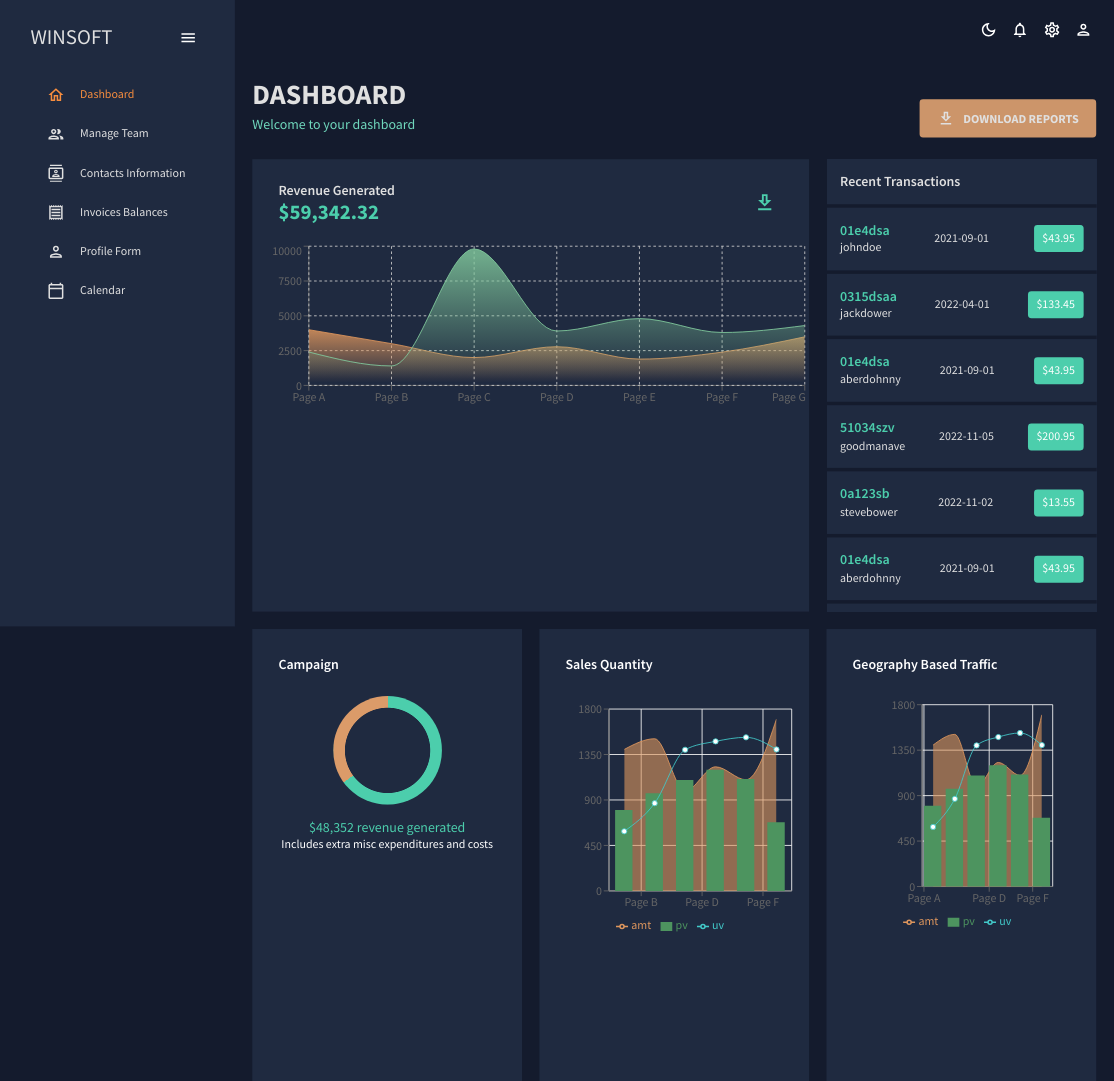
Repository: thamaraiselvan315731/winssoft
Page: /
The author's editor kept a copy of each file at every save. The page is drawn from the files as they stood at one save, then again after the next save.
The browser window is 1280 px wide. The pictures show the whole page, at 87% of full size.
The project was rebuilt for these pictures with package versions that can differ from the ones it lists, and the page was loaded fresh each time. Also part of the build but not shown: src/pages/team/index.jsx, src/pages/invoices/index.jsx, src/pages/contacts/index.jsx, src/pages/form/index.jsx, src/components/LineChart.jsx, src/data/mockGeoFeatures.js, src/components/GeographyChart.jsx, src/components/BarChart.jsx and 3 more.

Above is the page before, as saved 2022-12-01 12:14:58.

### src/App.js
import { useState } from "react";
import { Routes, Route } from "react-router-dom";
import Topbar from "./pages/global/Topbar";
import Sidebar from "./pages/global/Sidebar";
import Team from "./pages/team";
import Invoices from "./pages/invoices";
import Contacts from "./pages/contacts";
import Form from "./pages/form";
// import Bar from "./pages/bar";
// import Line from "./pages/line";
// import Pie from "./pages/pie";
// import Geography from "./pages/geography";
import Dashboard from "./pages/dashboard";
import FAQ from "./pages/faq";
import { CssBaseline, ThemeProvider } from "@mui/material";
import { ColorModeContext, useMode } from "./theme";
import Calendar from "./pages/calendar/calendar";

function App() {
  const [theme, colorMode] = useMode();
  const [isSidebar, setIsSidebar] = useState(true);

  return (
    <ColorModeContext.Provider value={colorMode}>
      <ThemeProvider theme={theme}>
        <CssBaseline />
        <div className="app">
          <Sidebar isSidebar={isSidebar} />
          <main className="content">
            <Topbar setIsSidebar={setIsSidebar} />
            <Routes>
              <Route path="/" element={<Dashboard />} />
              <Route path="/team" element={<Team />} />
              <Route path="/contacts" element={<Contacts />} />
              <Route path="/invoices" element={<Invoices />} />
              <Route path="/form" element={<Form />} />
              {/* <Route path="/bar" element={<Bar />} />
              <Route path="/pie" element={<Pie />} />
              <Route path="/line" element={<Line />} /> */}
              <Route path="/faq" element={<FAQ />} />
              <Route path="/calendar" element={<Calendar />} />
              {/* <Route path="/geography" element={<Geography />} /> */}
            </Routes>
          </main>
        </div>
      </ThemeProvider>
    </ColorModeContext.Provider>
  );
}

export default App;

### src/pages/global/Topbar.jsx
import { Box, IconButton, useTheme } from "@mui/material";
import { useContext } from "react";
import { ColorModeContext, tokens } from "../../theme";
import InputBase from "@mui/material/InputBase";
import LightModeOutlinedIcon from "@mui/icons-material/LightModeOutlined";
import DarkModeOutlinedIcon from "@mui/icons-material/DarkModeOutlined";
import NotificationsOutlinedIcon from "@mui/icons-material/NotificationsOutlined";
import SettingsOutlinedIcon from "@mui/icons-material/SettingsOutlined";
import PersonOutlinedIcon from "@mui/icons-material/PersonOutlined";
import SearchIcon from "@mui/icons-material/Search";

const Topbar = () => {
  const theme = useTheme();
  const colors = tokens(theme.palette.mode);
  const colorMode = useContext(ColorModeContext);

  return (
    <Box display="flex" justifyContent="flex-end" p={2}>
      {/* SEARCH BAR */}
      {/* <Box
        display="flex"
        backgroundColor={colors.primary[400]}
        borderRadius="3px"
      >
        <InputBase sx={{ ml: 2, flex: 1 }} placeholder="Search" />
        <IconButton type="button" sx={{ p: 1 }}>
          <SearchIcon />
        </IconButton>
      </Box> */}

      {/* ICONS */}
      <Box display="flex">
        <IconButton onClick={colorMode.toggleColorMode}>
          {theme.palette.mode === "dark" ? (
            <DarkModeOutlinedIcon />
          ) : (
            <LightModeOutlinedIcon />
          )}
        </IconButton>
        <IconButton>
          <NotificationsOutlinedIcon />
        </IconButton>
        <IconButton>
          <SettingsOutlinedIcon />
        </IconButton>
        <IconButton>
          <PersonOutlinedIcon />
        </IconButton>
      </Box>
    </Box>
  );
};

export default Topbar;

### src/pages/global/Sidebar.jsx
import { useState } from "react";
import { ProSidebar, Menu, MenuItem } from "react-pro-sidebar";
import { Box, IconButton, Typography, useTheme } from "@mui/material";
import { Link } from "react-router-dom";
import "react-pro-sidebar/dist/css/styles.css";
import { tokens } from "../../theme";
import HomeOutlinedIcon from "@mui/icons-material/HomeOutlined";
import PeopleOutlinedIcon from "@mui/icons-material/PeopleOutlined";
import ContactsOutlinedIcon from "@mui/icons-material/ContactsOutlined";
import ReceiptOutlinedIcon from "@mui/icons-material/ReceiptOutlined";
import PersonOutlinedIcon from "@mui/icons-material/PersonOutlined";
import CalendarTodayOutlinedIcon from "@mui/icons-material/CalendarTodayOutlined";// eslint-disable-next-line
import HelpOutlineOutlinedIcon from "@mui/icons-material/HelpOutlineOutlined";// eslint-disable-next-line
import BarChartOutlinedIcon from "@mui/icons-material/BarChartOutlined";// eslint-disable-next-line
import PieChartOutlineOutlinedIcon from "@mui/icons-material/PieChartOutlineOutlined";// eslint-disable-next-line
import TimelineOutlinedIcon from "@mui/icons-material/TimelineOutlined";// eslint-disable-next-line
import MenuOutlinedIcon from "@mui/icons-material/MenuOutlined";// eslint-disable-next-line
import MapOutlinedIcon from "@mui/icons-material/MapOutlined";// eslint-disable-next-line

const Item = ({ title, to, icon, selected, setSelected }) => {
  const theme = useTheme();
  const colors = tokens(theme.palette.mode);
  return (
    <MenuItem
      active={selected === title}
      style={{
        color: colors.grey[100],
      }}
      onClick={() => setSelected(title)}
      icon={icon}
    >
      <Typography>{title}</Typography>
      <Link to={to} />
    </MenuItem>
  );
};

const Sidebar = () => {
  const theme = useTheme();
  const colors = tokens(theme.palette.mode);
  const [isCollapsed, setIsCollapsed] = useState(false);
  const [selected, setSelected] = useState("Dashboard");

  return (
    <Box
      sx={{
        "& .pro-sidebar-inner": {
          background: `${colors.primary[400]} !important`,
        },
        "& .pro-icon-wrapper": {
          backgroundColor: "transparent !important",
        },
        "& .pro-inner-item": {
          padding: "5px 35px 5px 20px !important",
        },
        "& .pro-inner-item:hover": {
          color: "#f78d3e !important",
        },
        "& .pro-menu-item.active": {
          color: "#f78d3e !important",
        },
      }}
    >
      <ProSidebar collapsed={isCollapsed}>
        <Menu iconShape="square">
          {/* LOGO AND MENU ICON */}
          <MenuItem
            onClick={() => setIsCollapsed(!isCollapsed)}
            icon={isCollapsed ? <MenuOutlinedIcon /> : undefined}
            style={{
              margin: "10px 0 20px 0",
              color: colors.grey[100],
            }}
          >
            {!isCollapsed && (
              <Box
                display="flex"
                justifyContent="space-between"
                alignItems="center"
                ml="15px"
              >
                <Typography variant="h3" color={colors.grey[100]}>
                  WINSOFT
                </Typography>
                <IconButton onClick={() => setIsCollapsed(!isCollapsed)}>
                  <MenuOutlinedIcon />
                </IconButton>
              </Box>
            )}
          </MenuItem>

          {/* {!isCollapsed && (
            <Box mb="25px">
              <Box display="flex" justifyContent="center" alignItems="center">
                <img
                  alt="profile-user"
                  width="100px"
                  height="100px"
                  src={`../../assets/user.png`}
                  style={{ cursor: "pointer", borderRadius: "50%" }}
                />
              </Box>
              <Box textAlign="center">
                <Typography
                  variant="h2"
                  color={colors.grey[100]}
                  fontWeight="bold"
                  sx={{ m: "10px 0 0 0" }}
                >
                  Ed Roh
                </Typography>
                <Typography variant="h5" color={colors.greenAccent[500]}>
                  VP Fancy Admin
                </Typography>
              </Box>
            </Box>
          )} */}

          <Box paddingLeft={isCollapsed ? undefined : "10%"}>
            <Item
              title="Dashboard"
              to="/"
              icon={<HomeOutlinedIcon />}
              selected={selected}
              setSelected={setSelected}
            />

            {/* <Typography
              variant="h6"
              color={colors.grey[300]}
              sx={{ m: "15px 0 5px 20px" }}
            >
              Data
            </Typography> */}
            <Item
              title="Manage Team"
              to="/team"
              icon={<PeopleOutlinedIcon />}
              selected={selected}
              setSelected={setSelected}
            />
            <Item
              title="Contacts Information"
              to="/contacts"
              icon={<ContactsOutlinedIcon />}
              selected={selected}
              setSelected={setSelected}
            />
            <Item
              title="Invoices Balances"
              to="/invoices"
              icon={<ReceiptOutlinedIcon />}
              selected={selected}
              setSelected={setSelected}
            />

            {/* <Typography
              variant="h6"
              color={colors.grey[300]}
              sx={{ m: "15px 0 5px 20px" }}
            >
              Pages
            </Typography> */}
            <Item
              title="Profile Form"
              to="/form"
              icon={<PersonOutlinedIcon />}
              selected={selected}
              setSelected={setSelected}
            />
            <Item
              title="Calendar"
              to="/calendar"
              icon={<CalendarTodayOutlinedIcon />}
              selected={selected}
              setSelected={setSelected}
            />
            {/* <Item
              title="FAQ Page"
              to="/faq"
              icon={<HelpOutlineOutlinedIcon />}
              selected={selected}
              setSelected={setSelected}
            /> */}

            {/* <Typography
              variant="h6"
              color={colors.grey[300]}
              sx={{ m: "15px 0 5px 20px" }}
            >
              Charts
            </Typography>
            <Item
              title="Bar Chart"
              to="/bar"
              icon={<BarChartOutlinedIcon />}
              selected={selected}
              setSelected={setSelected}
            />
            <Item
              title="Pie Chart"
              to="/pie"
              icon={<PieChartOutlineOutlinedIcon />}
              selected={selected}
              setSelected={setSelected}
            />
            <Item
              title="Line Chart"
              to="/line"
              icon={<TimelineOutlinedIcon />}
              selected={selected}
              setSelected={setSelected}
            />
            <Item
              title="Geography Chart"
              to="/geography"
              icon={<MapOutlinedIcon />}
              selected={selected}
              setSelected={setSelected}
            /> */}
          </Box>
        </Menu>
      </ProSidebar>
    </Box>
  );
};

export default Sidebar;

### src/pages/dashboard/index.jsx
import { Box, Button, IconButton, Typography, useTheme } from "@mui/material";
import { tokens } from "../../theme";
import { mockTransactions } from "../../data/mockData";
import DownloadOutlinedIcon from "@mui/icons-material/DownloadOutlined";
import { AreaCharts } from "../../Charts/AreaChart"
import CombinedCharts from "../../Charts/CombinedCharts"
import EmailIcon from "@mui/icons-material/Email";
import PointOfSaleIcon from "@mui/icons-material/PointOfSale";
import PersonAddIcon from "@mui/icons-material/PersonAdd";
import TrafficIcon from "@mui/icons-material/Traffic";
import Header from "../../components/Header";
import LineChart from "../../components/LineChart";
import GeographyChart from "../../components/GeographyChart";
import BarChart from "../../components/BarChart";
import StatBox from "../../components/StatBox";
import ProgressCircle from "../../components/ProgressCircle";

const Dashboard = () => {
  const theme = useTheme();
  const colors = tokens(theme.palette.mode);

  return (

    <Box m="20px">
      {/* HEADER */}
      <Box display="flex" justifyContent="space-between" alignItems="center">
        <Header title="DASHBOARD" subtitle="Welcome to your dashboard" />

        <Box>
          <Button
            sx={{
              backgroundColor: colors.blueAccent[700],
              color: colors.grey[100],
              fontSize: "14px",
              fontWeight: "bold",
              padding: "10px 20px",
            }}
          >
            <DownloadOutlinedIcon sx={{ mr: "10px" }} />
            Download Reports
          </Button>
        </Box>
      </Box>

      {/* GRID & CHARTS */}
      <Box
        display="grid"
        gridTemplateColumns="repeat(12, 1fr)"
        gridAutoRows="250px"
        gap="20px"
      >
        {/* ROW 1 */}
        {/* <Box
          gridColumn="span 8"
          backgroundColor={colors.primary[400]}
          display="flex"
          alignItems="center"
          justifyContent="center"
        >
          <AreaCharts />

        </Box> */}

        {/* <Box
          gridColumn="span 3"
          backgroundColor={colors.primary[400]}
          display="flex"
          alignItems="center"
          justifyContent="center"
        >
          <StatBox
            title="431,225"
            subtitle="Sales Obtained"
            progress="0.50"
            increase="+21%"
            icon={
              <PointOfSaleIcon
                sx={{ color: colors.greenAccent[600], fontSize: "26px" }}
              />
            }
          />
        </Box>
        <Box
          gridColumn="span 3"
          backgroundColor={colors.primary[400]}
          display="flex"
          alignItems="center"
          justifyContent="center"
        >
          <StatBox
            title="32,441"
            subtitle="New Clients"
            progress="0.30"
            increase="+5%"
            icon={
              <PersonAddIcon
                sx={{ color: colors.greenAccent[600], fontSize: "26px" }}
              />
            }
          />
        </Box>
        <Box
          gridColumn="span 3"
          backgroundColor={colors.primary[400]}
          display="flex"
          alignItems="center"
          justifyContent="center"
        >
          <StatBox
            title="1,325,134"
            subtitle="Traffic Received"
            progress="0.80"
            increase="+43%"
            icon={
              <TrafficIcon
                sx={{ color: colors.greenAccent[600], fontSize: "26px" }}
              />
            }
          />
        </Box> */}

        {/* ROW 2 */}
        <Box
          gridColumn="span 8"
          gridRow="span 2"
          backgroundColor={colors.primary[400]}
        >
          <Box
            mt="25px"
            p="0 30px"
            display="flex "
            justifyContent="space-between"
            alignItems="center"
          >
            <Box>
              <Typography
                variant="h5"
                fontWeight="600"
                color={colors.grey[100]}
              >
                Revenue Generated
              </Typography>
              <Typography
                variant="h3"
                fontWeight="bold"
                color={colors.greenAccent[500]}
              >
                $59,342.32
              </Typography>
            </Box>
            <Box>
              <IconButton>
                <DownloadOutlinedIcon
                  sx={{ fontSize: "26px", color: colors.greenAccent[500] }}
                />
              </IconButton>
            </Box>
          </Box>
          <Box height="250px" m="20px 0 0 0">
            <AreaCharts />
          </Box>
        </Box>
        <Box
          gridColumn="span 4"
          gridRow="span 2"
          backgroundColor={colors.primary[400]}
          overflow="auto"
        >
          <Box
            display="flex"
            justifyContent="space-between"
            alignItems="center"
            borderBottom={`4px solid ${colors.primary[500]}`}
            colors={colors.grey[100]}
            p="15px"
          >
            <Typography color={colors.grey[100]} variant="h5" fontWeight="600">
              Recent Transactions
            </Typography>
          </Box>
          {mockTransactions.map((transaction, i) => (
            <Box
              key={`${transaction.txId}-${i}`}
              display="flex"
              justifyContent="space-between"
              alignItems="center"
              borderBottom={`4px solid ${colors.primary[500]}`}
              p="15px"
            >
              <Box>
                <Typography
                  color={colors.greenAccent[500]}
                  variant="h5"
                  fontWeight="600"
                >
                  {transaction.txId}
                </Typography>
                <Typography color={colors.grey[100]}>
                  {transaction.user}
                </Typography>
              </Box>
              <Box color={colors.grey[100]}>{transaction.date}</Box>
              <Box
                backgroundColor={colors.greenAccent[500]}
                p="5px 10px"
                borderRadius="4px"
              >
                ${transaction.cost}
              </Box>
            </Box>
          ))}
        </Box>

        {/* ROW 3 */}
        <Box
          gridColumn="span 4"
          gridRow="span 2"
          backgroundColor={colors.primary[400]}
          p="30px"
        >
          <Typography variant="h5" fontWeight="600">
            Campaign
          </Typography>
          <Box
            display="flex"
            flexDirection="column"
            alignItems="center"
            mt="25px"
          >
            <ProgressCircle size="125" />
            <Typography
              variant="h5"
              color={colors.greenAccent[500]}
              sx={{ mt: "15px" }}
            >
              $48,352 revenue generated
            </Typography>
            <Typography>Includes extra misc expenditures and costs</Typography>
          </Box>
        </Box>
        <Box
          gridColumn="span 4"
          gridRow="span 2"
          backgroundColor={colors.primary[400]}
        >
          <Typography
            variant="h5"
            fontWeight="600"
            sx={{ padding: "30px 30px 0 30px" }}
          >
            Sales Quantity
          </Typography>
          <Box height="250px" mt="20px">
            <CombinedCharts />
          </Box>
        </Box>
        <Box
          gridColumn="span 4"
          gridRow="span 2"
          backgroundColor={colors.primary[400]}
          padding="30px"
        >
          <Typography
            variant="h5"
            fontWeight="600"
            sx={{ marginBottom: "15px" }}
          >
            Geography Based Traffic
          </Typography>
          <Box height="200px">
            <CombinedCharts />
          </Box>
        </Box>
      </Box>
    </Box>
  );
};

export default Dashboard;

### src/Charts/CombinedCharts.js
import React, { PureComponent } from 'react';
import {
    ResponsiveContainer,
    ComposedChart,
    Line,
    Area,
    Bar,
    XAxis,
    YAxis,
    CartesianGrid,
    Tooltip,
    Legend,
} from 'recharts';

const data = [
    {
        name: 'Page A',
        uv: 590,
        pv: 800,
        amt: 1400,
    },
    {
        name: 'Page B',
        uv: 868,
        pv: 967,
        amt: 1506,
    },
    {
        name: 'Page C',
        uv: 1397,
        pv: 1098,
        amt: 989,
    },
    {
        name: 'Page D',
        uv: 1480,
        pv: 1200,
        amt: 1228,
    },
    {
        name: 'Page E',
        uv: 1520,
        pv: 1108,
        amt: 1100,
    },
    {
        name: 'Page F',
        uv: 1400,
        pv: 680,
        amt: 1700,
    },
];

export default class CombinedCharts extends PureComponent {
    static demoUrl = 'https://codesandbox.io/s/composed-chart-in-responsive-container-pkqmy';

    render() {
        return (
            <div style={{ width: '100%', height: 300 }}>
                <ResponsiveContainer>
                    <ComposedChart
                        width={500}
                        height={400}
                        data={data}
                        margin={{
                            top: 20,
                            right: 20,
                            bottom: 20,
                            left: 20,
                        }}
                    >
                        <CartesianGrid stroke="#f5f5f5" />
                        <XAxis dataKey="name" scale="band" />
                        <YAxis />
                        <Tooltip />
                        <Legend />
                        <Area type="monotone" dataKey="amt" fill="#de965d" stroke="#de965d" />
                        <Bar dataKey="pv" barSize={20} fill="#4d945f" />
                        <Line type="monotone" dataKey="uv" stroke="#42c9c9" />
                    </ComposedChart>
                </ResponsiveContainer>
            </div>
        );
    }
}

### src/components/ProgressCircle.jsx
import { Box, useTheme } from "@mui/material";
import { tokens } from "../theme";

const ProgressCircle = ({ progress = "0.65", size = "40" }) => {
  const theme = useTheme();
  const colors = tokens(theme.palette.mode);
  const angle = progress * 360;
  return (
    <Box
      sx={{
        background: `radial-gradient(${colors.primary[400]} 55%, transparent 56%),
            conic-gradient(transparent 0deg ${angle}deg, ${colors.blueAccent[500]} ${angle}deg 360deg),
            ${colors.greenAccent[500]}`,
        borderRadius: "50%",
        width: `${size}px`,
        height: `${size}px`,
      }}
    />
  );
};

export default ProgressCircle;

Loaded but not shown: public/index.html (common file); src/index.js (common file); src/index.css (common file); src/components/Header.jsx (common file); src/data/mockData.js (1283 lines, source omitted); src/theme.js (214 lines, source omitted); src/Charts/AreaChart.js (76 lines, source omitted)

After the next save:
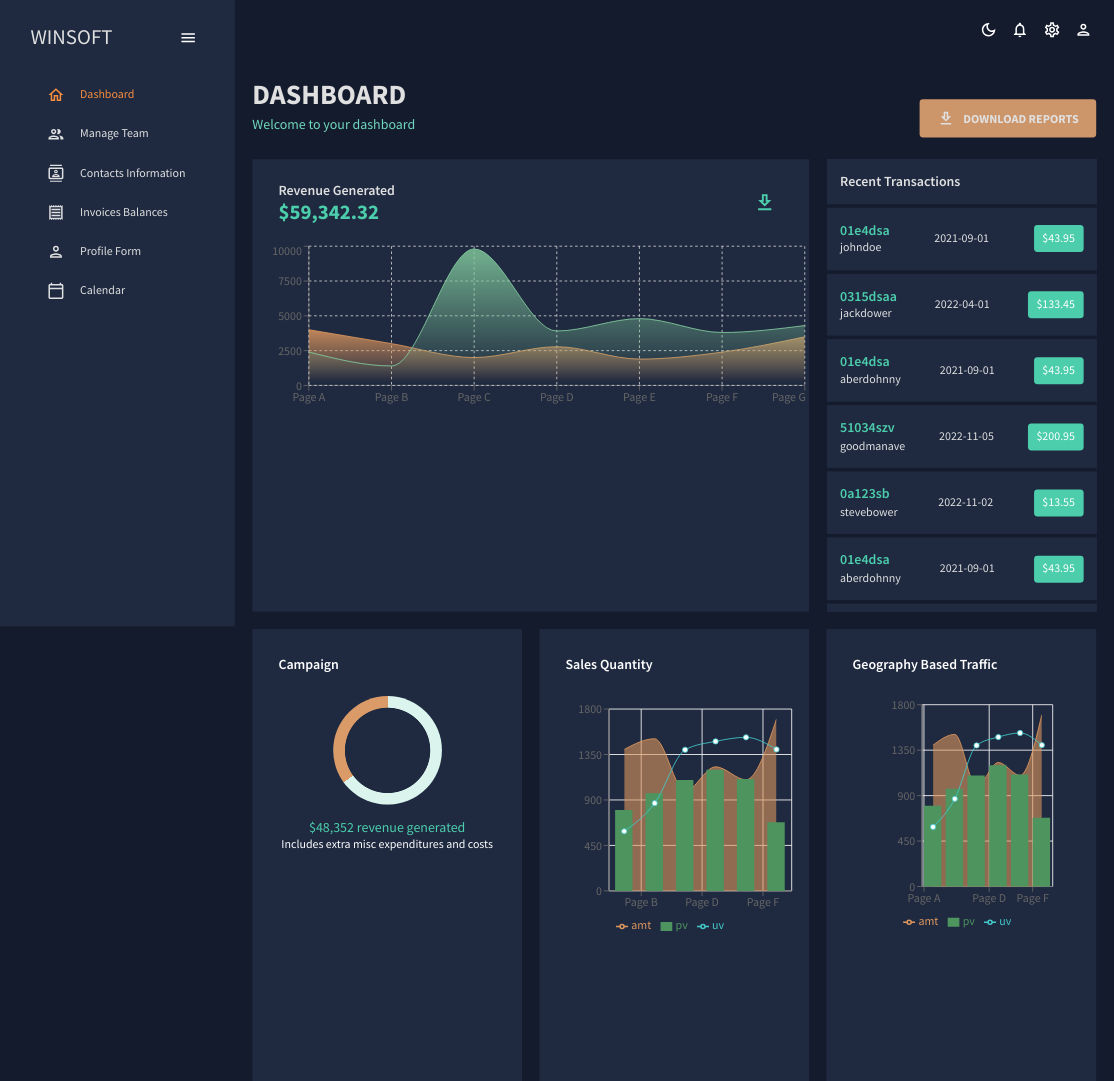
Saved 14 s later.
--- a/src/components/ProgressCircle.jsx
+++ b/src/components/ProgressCircle.jsx
@@ -10,7 +10,7 @@ const ProgressCircle = ({ progress = "0.65", size = "40" }) => {
       sx={{
         background: `radial-gradient(${colors.primary[400]} 55%, transparent 56%),
             conic-gradient(transparent 0deg ${angle}deg, ${colors.blueAccent[500]} ${angle}deg 360deg),
-            ${colors.greenAccent[500]}`,
+            ${colors.greenAccent[100]}`,
         borderRadius: "50%",
         width: `${size}px`,
         height: `${size}px`,
